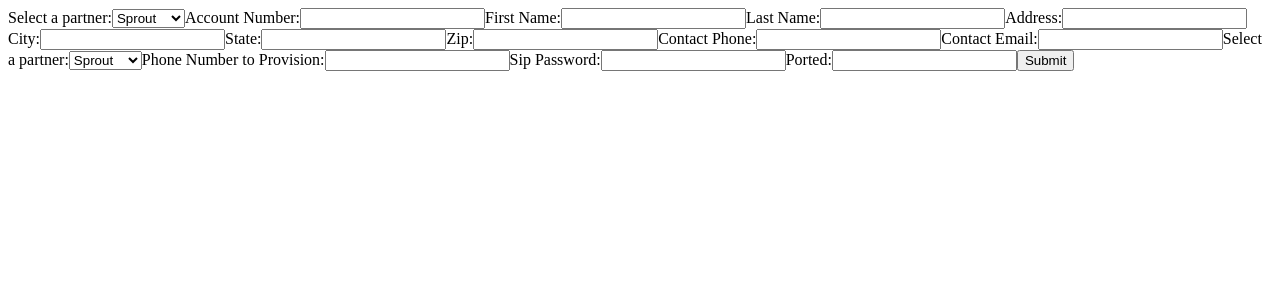
Repository: smallchungus/logiccom
Page: /
An editor plug-in stored every save of this project. The page is shown before and after the next save, followed by the edit.
The browser window is 1280 px wide. The pictures show the whole page.
The project was rebuilt for these pictures with package versions that can differ from the ones it lists, and the page was loaded fresh each time. Also part of the build but not shown: vite.config.ts.

Above is the page before, as saved 2023-05-04 10:45:04.

After the next save:
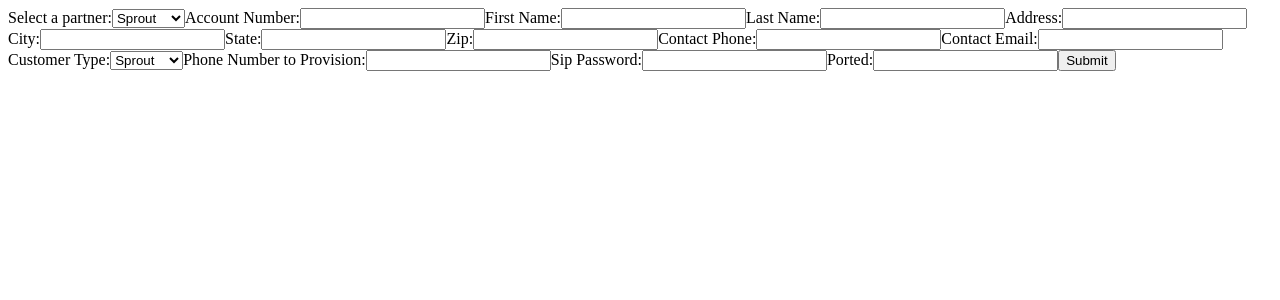
Saved 11 s later.
--- a/src/App.vue
+++ b/src/App.vue
@@ -35,7 +35,7 @@
     <label for="contactEmail">Contact Email:</label>
     <input type="text" id="contactEmail" name="contactEmail">
 
-    <label for="partner">Select a partner:</label>
+    <label for="partner">Customer Type:</label>
     <select id="partner" name="partner">
       <option value="Sprout">Sprout</option>
       <option value="option2">Option 2</option>
